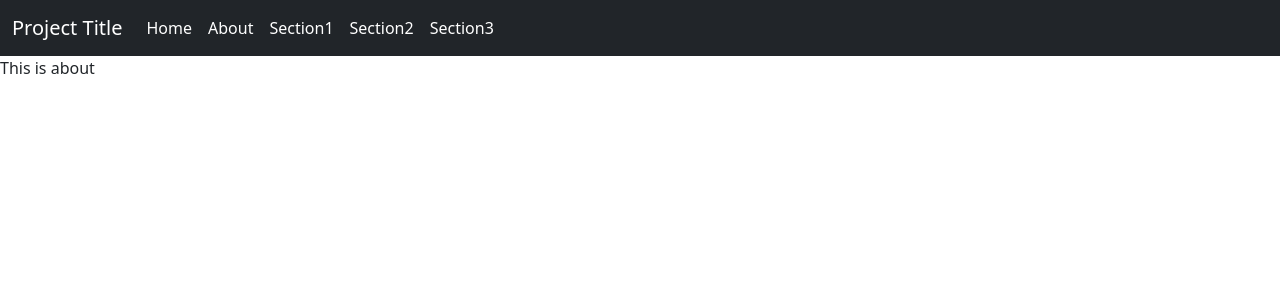
Repository: rahul-chakradhari/devquest
Page: /about (app in project/)
An editor plug-in stored every save of this project. The page is shown before and after the next save, followed by the edit.
The browser window is 1280 px wide. The pictures show the whole page.
The project was rebuilt for these pictures with package versions that can differ from the ones it lists, and the page was loaded fresh each time. Also part of the build but not shown: project/vite.config.js, project/src/App.css, project/src/components/Home.jsx, project/src/components/Section1.jsx, project/src/components/Section2.jsx, project/src/components/Section3.jsx, project/src/index.css.

Above is the page before, as saved 2025-02-23 12:56:28.

After the next save:
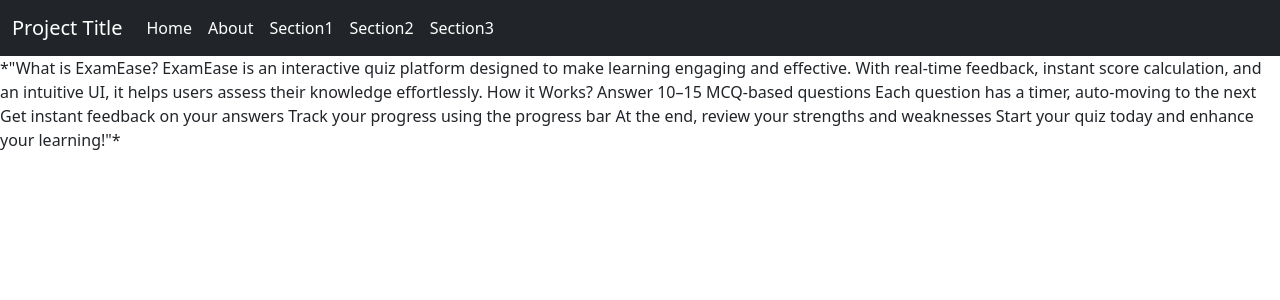
Saved 100 s later.
--- a/project/src/components/About.jsx
+++ b/project/src/components/About.jsx
@@ -1,7 +1,18 @@
 import React from "react";
 
 const About = () => {
-  return <div>This is about</div>;
+  return (
+    <div>
+      *"What is ExamEase? ExamEase is an interactive quiz platform designed to
+      make learning engaging and effective. With real-time feedback, instant
+      score calculation, and an intuitive UI, it helps users assess their
+      knowledge effortlessly. How it Works? Answer 10–15 MCQ-based questions
+      Each question has a timer, auto-moving to the next Get instant feedback on
+      your answers Track your progress using the progress bar At the end, review
+      your strengths and weaknesses Start your quiz today and enhance your
+      learning!"*
+    </div>
+  );
 };
 
 export default About;

After the save that followed:
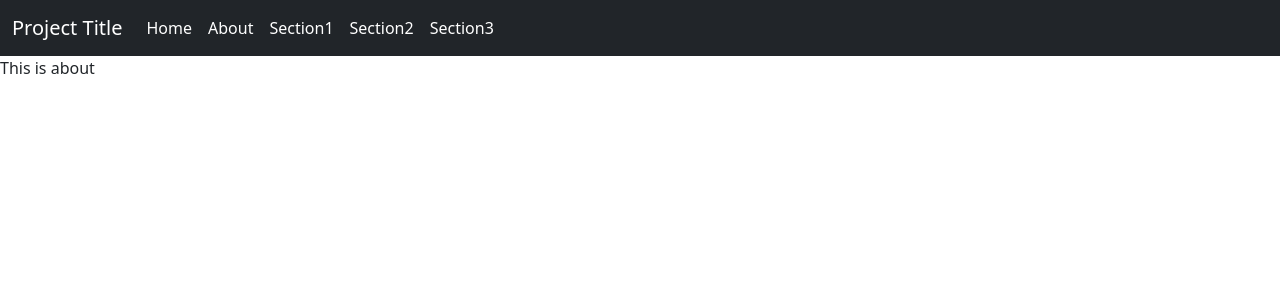
Saved 18 s later.
--- a/project/src/components/About.jsx
+++ b/project/src/components/About.jsx
@@ -1,18 +1,7 @@
 import React from "react";
 
 const About = () => {
-  return (
-    <div>
-      *"What is ExamEase? ExamEase is an interactive quiz platform designed to
-      make learning engaging and effective. With real-time feedback, instant
-      score calculation, and an intuitive UI, it helps users assess their
-      knowledge effortlessly. How it Works? Answer 10–15 MCQ-based questions
-      Each question has a timer, auto-moving to the next Get instant feedback on
-      your answers Track your progress using the progress bar At the end, review
-      your strengths and weaknesses Start your quiz today and enhance your
-      learning!"*
-    </div>
-  );
+  return <div>This is about</div>;
 };
 
 export default About;
